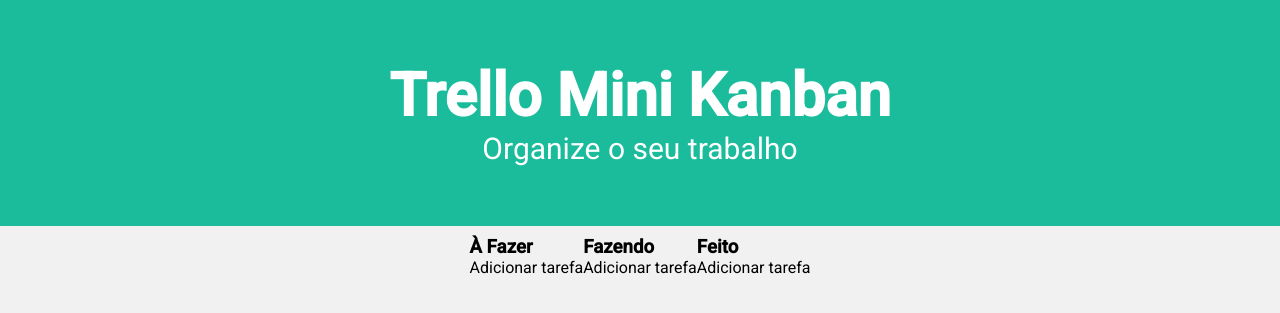
Repository: douglasabnovato/byteclass
Page: trello-mini-kanban/index.html
The author's editor kept a copy of each file at every save. The page is drawn from the files as they stood at one save, then again after the next save.
The browser window is 1280 px wide. The pictures show the whole page.

Above is the page before, as saved 2025-07-31 20:31:49.

After the next save:
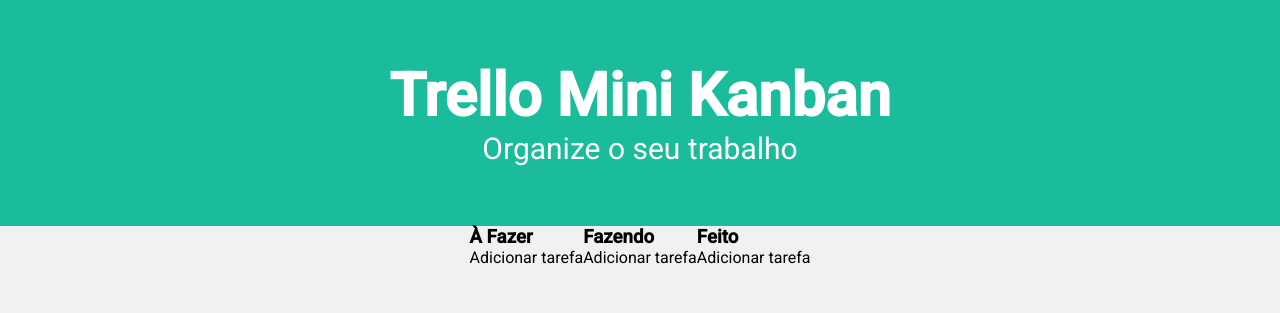
Saved 18 min 48 s later.
--- a/trello-mini-kanban/style.css
+++ b/trello-mini-kanban/style.css
@@ -23,7 +23,7 @@
   display: flex;
   flex-wrap: wrap;
   justify-content: center;
-  margin-top: 10px;
+  padding-block
 }
 
 /*
